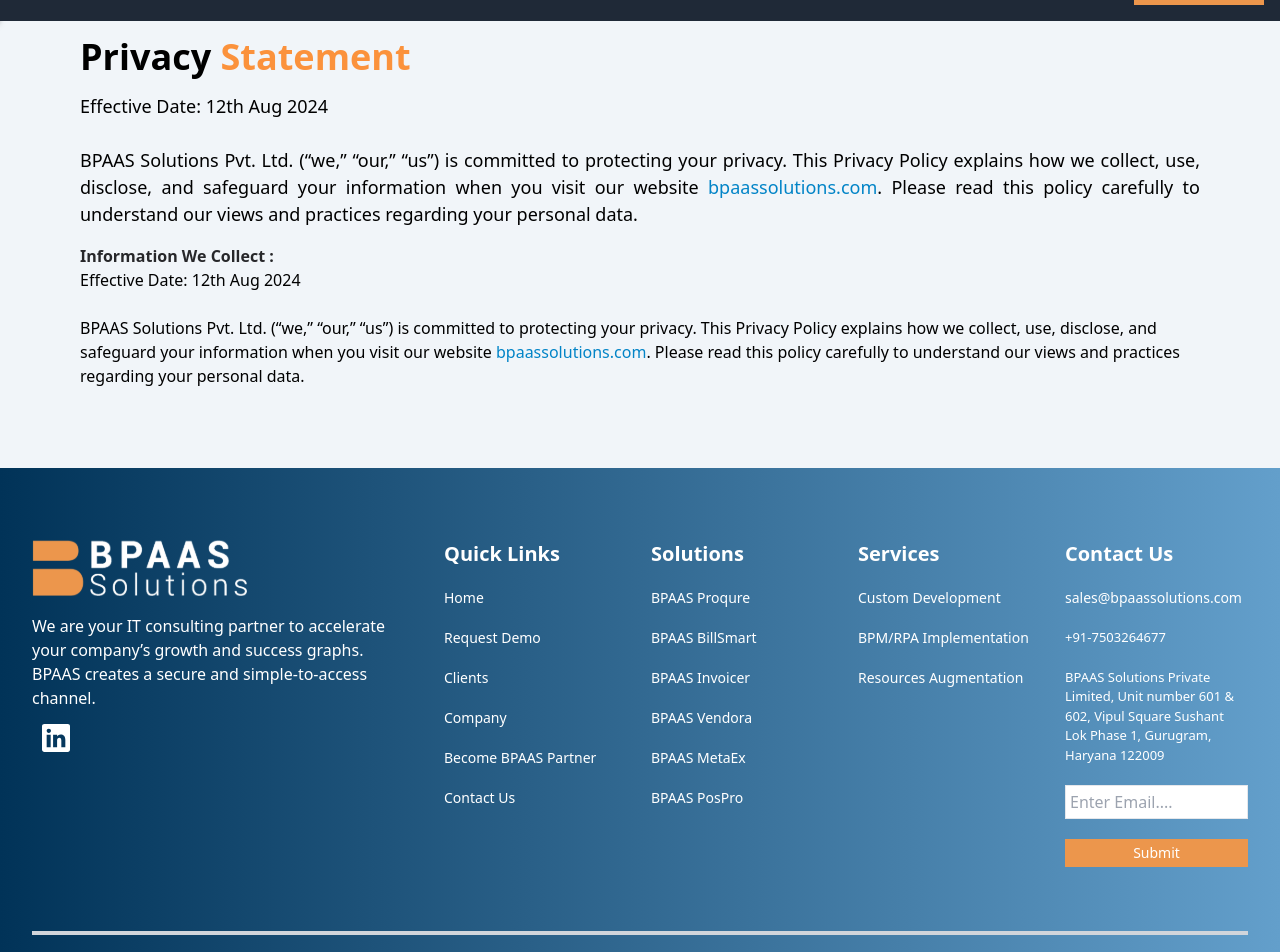
Repository: captainalpha/BP-Website
Page: /services/bp-services
The author's editor kept a copy of each file at every save. The page is drawn from the files as they stood at one save, then again after the next save.
The browser window is 1280 px wide. The pictures show the part of the page from y = 699 to 1651 px (the page is 1714 px tall before and 1722 px after).
The project was rebuilt for these pictures with package versions that can differ from the ones it lists, and the page was loaded fresh each time. The framework's server and built-in components were replaced by stand-ins that run in the browser. Also part of the build but not shown: next.config.js, components/common/TopBanner.js, components/common/SectionHeader.js.

Above is the page before, as saved 2024-08-13 15:20:27.

After the next save:
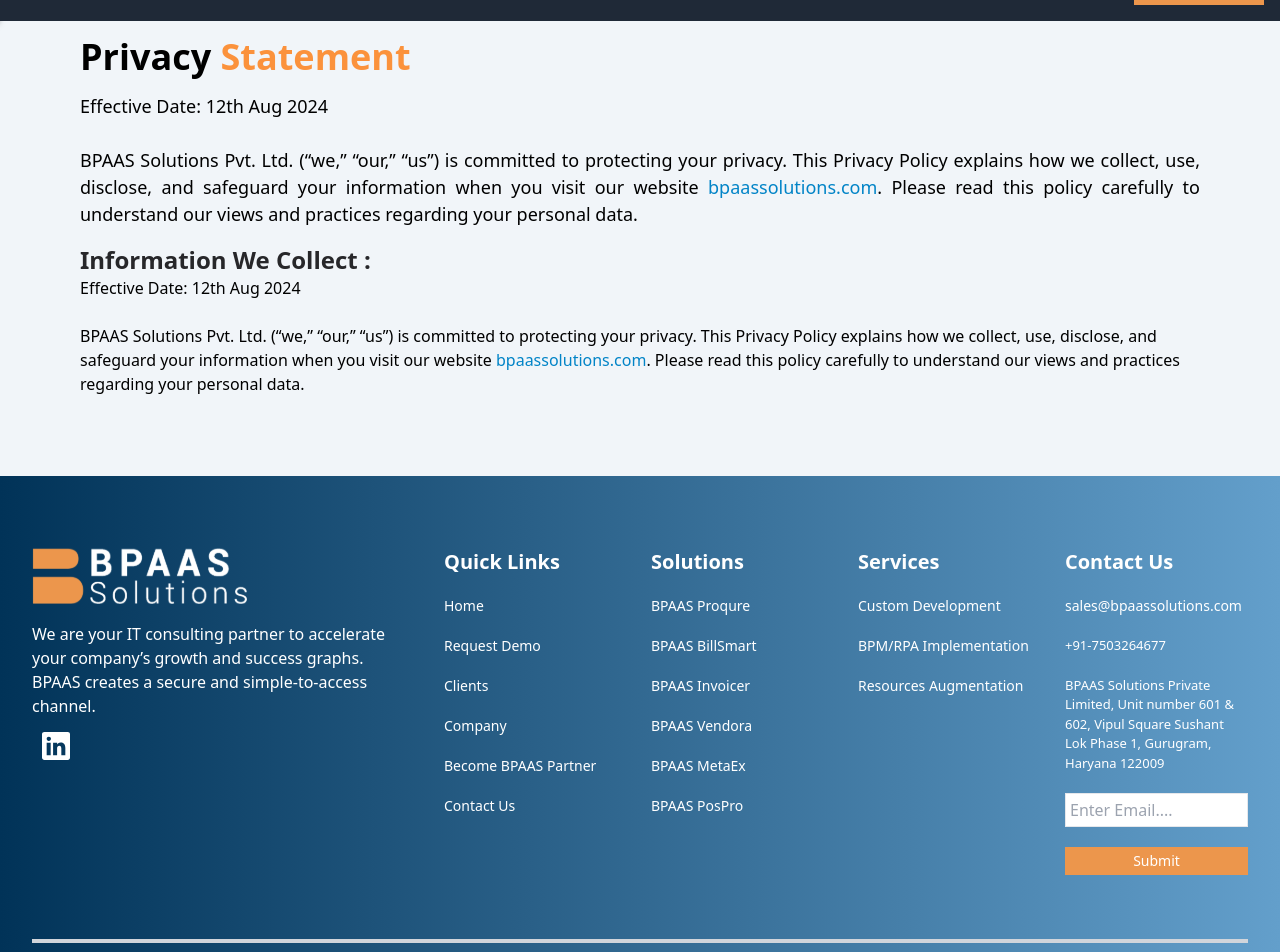
Saved 15 s later.
--- a/pages/services/bp-services.js
+++ b/pages/services/bp-services.js
@@ -51,7 +51,7 @@
             </p>
           </div>
           <div className="mt-4">
-            <h1 className="text-1xl font-bold text-zinc-800">Information We Collect :</h1>
+            <h1 className="text-2xl font-bold text-zinc-800">Information We Collect :</h1>
             <p>
               Effective Date: 12th Aug 2024 <br/><br/> BPAAS Solutions Pvt. Ltd. (“we,”
               “our,” “us”) is committed to protecting your privacy. This Privacy
